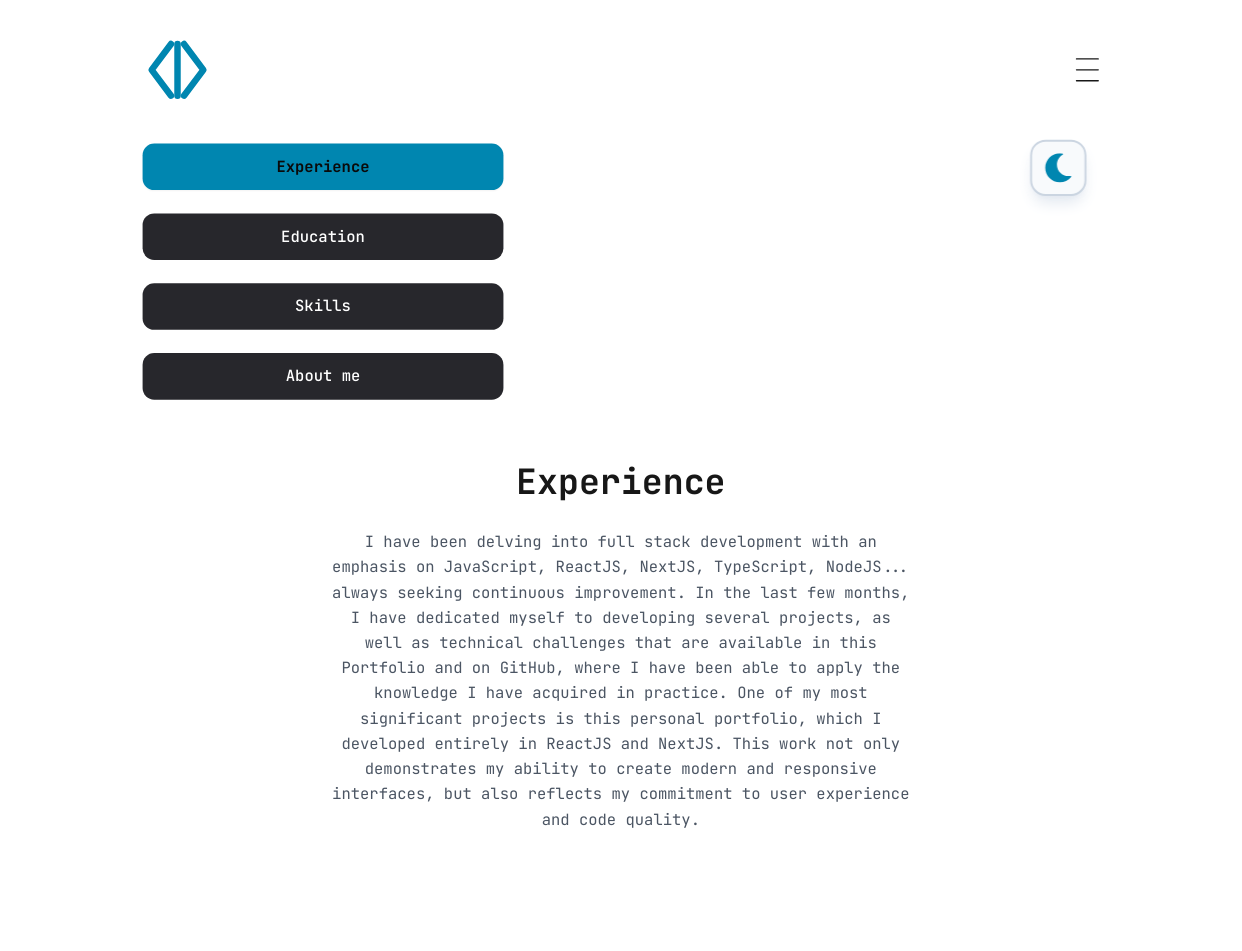
Repository: sergioscker/sergio-portfolio
Page: /resume
These files come from the project's save history. The page is drawn as it stood at one moment and after the next save; the edit follows.
The browser window is 1280 px wide. The pictures show the whole page, at 97% of full size.
The project was rebuilt for these pictures with package versions that can differ from the ones it lists, and the page was loaded fresh each time. The framework's server and built-in components were replaced by stand-ins that run in the browser. Also part of the build but not shown: next.config.mjs, components/ui/scroll-area.jsx, components/ui/tooltip.jsx.

Above is the page before, as saved 2025-04-29 15:32:13.

### app/layout.jsx
// fonts
import { JetBrains_Mono } from 'next/font/google';
import './globals.css';

//components
import PageTransition from '@/components/PageTransition';

// import StairTransition from '@/components/StairTransition';
import { Header } from '@/components/Header';
import ThemeSwitcher from '@/components/ThemeSwitcher';
import ThemeProviderWrapper from '@/components/ThemeProvider';
import ClientOnly from '@/components/ClientOnly';

// fonts style
const jetBrainsMono = JetBrains_Mono({
  subsets: ['latin'],
  variable: '--font-jetbrainsMono',
  weight: ['100', '200', '300', '400', '500', '600', '700', '800'],
  display: 'swap',
});

// SEO
export const metadata = {
  title: 'Sérgio Oliveira | Fullstack Developer',
  description:
    'Portfólio profissional de Sérgio Oliveira, desenvolvedor web fullstack especializado em JavaScript, React, Node.js, TypeScript e Next.js. Veja projetos de alta performance e design moderno.',
  keywords:
    'Sérgio Oliveira, portfolio desenvolvedor web, fullstack developer, frontend, JavaScript, React, Next.js, Node.js, TypeScript, projetos web',
  openGraph: {
    title: 'Portfólio | Sérgio Oliveira',
    description:
      'Explore os projetos desenvolvidos por Sérgio Oliveira: soluções modernas em React, Node.js, e mais.',

    url: 'https://sergioliveira-portfolio.vercel.app',
    type: 'website',
  },
  robots: {
    index: true,
    follow: true,
    nocache: false,
    googleBot: {
      index: true,
      follow: true,
    },
  },
};

export default function RootLayout({ children }) {
  return (
    <html lang="en">
      <head>
        <meta
          name="google-site-verification"
          content="S4CLoUW9Lhz9BwQGpCYQw1kK9LWIxFI2aWJaFR9xZfc"
        />
      </head>

      <body className={`${jetBrainsMono.variable}  antialiased`}>
        <ClientOnly>
          <ThemeProviderWrapper>
            <Header />

            <ThemeSwitcher />

            <PageTransition>{children}</PageTransition>
          </ThemeProviderWrapper>
        </ClientOnly>
      </body>
    </html>
  );
}

### app/resume/page.jsx
'use client';

import { motion } from 'framer-motion';
import Image from 'next/image';

// icons
import { SiStyledcomponents, SiSequelize, SiTailwindcss } from 'react-icons/si';
import { DiAws, DiMongodb, DiPostgresql } from 'react-icons/di';

import {
  TbBrandTypescript,
  TbBrandPrisma,
  TbBrandNextjs,
  TbBrandVite,
} from 'react-icons/tb';

import {
  FaHtml5,
  FaCss3,
  FaGit,
  FaReact,
  FaNodeJs,
  FaJs,
  FaFigma,
  FaDocker,
} from 'react-icons/fa';

// components
import { Tabs, TabsContent, TabsList, TabsTrigger } from '@/components/ui/tabs';

import { ScrollArea } from '@/components/ui/scroll-area';

import {
  Tooltip,
  TooltipContent,
  TooltipProvider,
  TooltipTrigger,
} from '@/components/ui/tooltip';

// experience data
const experience = {
  icon: '/assets/resume/badge.svg',
  title: 'Experience',
  description: `I have been delving into full stack development with an emphasis on JavaScript, ReactJS, NextJS, TypeScript, NodeJS... always seeking continuous improvement.

  In the last few months, I have dedicated myself to developing several projects, as well as technical challenges that are available in this Portfolio and on GitHub, where I have been able to apply the knowledge I have acquired in practice.

  One of my most significant projects is this personal portfolio, which I developed entirely in ReactJS and NextJS. This work not only demonstrates my ability to create modern and responsive interfaces, but also reflects my commitment to user experience and code quality.`,
};

// education data
const education = {
  title: 'Education',

  description:
    'Always seeking continuous improvement in software development and creation of digital products, graduating and developing practical projects. Focusing on modern technologies and agile methodologies to deliver efficient and innovative solutions.',

  items: [
    {
      company: 'Universidade Veiga de Almeida',
      degree: `Bachelor’s Degree in
      Systems Analysis and Development`,
      duration: 'In Progress',
    },
    {
      company: 'Dev Club Pro',
      degree: 'Certified FullStack Developer',
      duration: '2023 - 2024',
    },
    {
      company: 'Video Course',
      degree: 'Certified JavaScript Developer ',
      duration: '2024',
    },
  ],
};

// skills data
const skills = {
  title: 'Technologies and Tools',
  skillsList: [
    { icon: <FaHtml5 size={50} />, name: 'HTML5' },
    { icon: <FaReact size={50} />, name: 'ReactJS' },
    { icon: <FaJs size={50} />, name: 'JavaScript' },
    { icon: <FaCss3 size={50} />, name: 'Css3' },
    { icon: <FaGit size={50} />, name: 'Git' },
    { icon: <TbBrandVite size={50} />, name: 'Vite' },
    { icon: <TbBrandTypescript size={50} />, name: 'TypeScript' },
    { icon: <FaNodeJs size={50} />, name: 'NodeJS' },
    { icon: <FaFigma size={50} />, name: 'Figma' },
    { icon: <SiStyledcomponents size={50} />, name: 'Styled-components' },
    { icon: <SiTailwindcss size={50} />, name: 'TailwindCSS' },
    { icon: <FaDocker size={50} />, name: 'Docker' },
    { icon: <DiPostgresql size={50} />, name: 'PostgreSQL' },
    { icon: <DiMongodb size={50} />, name: 'MongoDB' },
    { icon: <TbBrandNextjs size={50} />, name: 'NextJS' },
    { icon: <TbBrandPrisma size={50} />, name: 'PrismaORM' },
    { icon: <SiSequelize size={50} />, name: 'SequelizeORM' },
    { icon: <DiAws size={50} />, name: 'AWS' },
  ],
};

// about data
const about = {
  title: 'About me',
  description: `
  I'm Sérgio Oliveira, a Full Stack Developer focused on building modern and responsive web applications.

  I'm currently studying Systems Analysis and Development, where I'm learning how to design scalable systems, work with relational and non-relational databases, and improve software architecture.

  My journey in tech began with a strong interest in logic and algorithms. Over time, I've grown by developing applications that solve real-world problems. In my portfolio, you’ll find projects built with ReactJS, NextJS, NodeJS, Tailwind CSS, PostgreSQL, and MongoDB — always with a focus on clean code, usability, and performance.

  I also have solid experience with HTML, CSS, and Styled-components, creating interfaces that are both functional and visually appealing.

  I'm constantly looking to improve. Every project I work on is a new opportunity to learn, face challenges, and grow. I enjoy collaborating in teams, sharing knowledge, and turning ideas into real, impactful solutions.

  Right now, I’m looking for an opportunity to join a team where I can grow professionally, contribute with my skills, and help build meaningful products.
  `,
};

const Resume = () => {
  return (
    <motion.div
      initial={{ opacity: 0 }}
      animate={{
        opacity: 1,
        transition: { delay: 0.2, duration: 0.4, ease: 'easeIn' },
      }}
      className="min-h-[80vh] flex items-center justify-center py-15 xl:py-5"
    >
      <div className="container mx-auto xl:mx-0">
        <Tabs
          defaultValue="experience"
          className="flex flex-col xl:flex-row gap-[60px]"
        >
          <TabsList className="flex flex-col w-full max-w-[380px] mx-auto lg:mx-0 gap-6">
            <TabsTrigger value="experience">Experience</TabsTrigger>
            <TabsTrigger value="education">Education</TabsTrigger>
            <TabsTrigger value="skills">Skills</TabsTrigger>
            <TabsTrigger value="about">About me</TabsTrigger>
          </TabsList>

          {/* content */}
          <div className="min-h-[70vh] w-full">
            {/* Experience */}
            <TabsContent value="experience" className="w-full px-4">
              <div className="flex flex-col gap-[30px] text-center">
                <h3 className="text-4xl font-bold">{experience.title}</h3>

                <p className="max-w-[600px] xl:text-left text-center mx-auto text-gray-600 dark:text-white/60 leading-relaxed">
                  {experience.description}
                </p>
              </div>
            </TabsContent>

            {/* Education */}
            <TabsContent value="education" className="w-full px-4">
              <div className="flex flex-col items-center gap-[30px] text-center lg:text-left">
                <h3 className="text-4xl font-bold">{education.title}</h3>

                <p className="font-medium dark:text-white/60 max-w-[600px]">
                  {education.description}
                </p>

                <ScrollArea className="h-[420px]">
                  <ul className="grid grid-cols-1 lg:grid-cols-2 gap-[30px]">
                    {education.items.map((item, index) => (
                      <li
                        key={index}
                        className="bg-[#232329] h-[190px] py-6 px-10 rounded-xl flex flex-col justify-center items-center lg:items-start gap-1"
                      >
                        <span className="text-accent flex justify-between w-full items-center font-medium mb-2">
                          {item.duration}

                          <Image
                            src="/assets/resume/cap.svg"
                            alt="education-icon"
                            width={25}
                            height={25}
                          />
                        </span>

                        <div className="flex flex-col items-center gap-3">
                          {/* dot */}
                          <h3 className="text-white xl:text-xl text-lg text-center lg:text-left max-w-[340px] min-h-[70px]">
                            {item.degree}
                          </h3>

                          <p className="xl:text-lg text-sm text-white/60 flex gap-4 items-center justify-center">
                            <span className="w-[8px] h-[8px] rounded-full bg-accent" />

                            {item.company}
                          </p>
                        </div>
                      </li>
                    ))}
                  </ul>
                </ScrollArea>
              </div>
            </TabsContent>

            {/* skills */}
            <TabsContent value="skills" className="w-full px-4">
              <div className="flex flex-col items-center justify-center gap-[30px]">
                <h3 className="text-4xl font-bold text-center xl:text-left">
                  {skills.title}
                </h3>

                <ul className="grid grid-cols-2 sm:grid-cols-3 xl:grid-cols-6 gap-4">
                  {skills.skillsList.map((skill, index) => {
                    return (
                      <li key={index}>
                        <TooltipProvider delayDuration={100}>
                          <Tooltip>
                            {/* icons */}
                            <TooltipTrigger className="flex justify-center items-center w-[150px] h-[150px] bg-[#232329] rounded-xl group text-accent">
                              <div
                                className="text-6xl group-hover:text-accent-hover transition-all duration-300"
                                aria-label="icons"
                              >
                                {skill.icon}
                              </div>
                            </TooltipTrigger>

                            {/* name */}
                            <TooltipContent>
                              <p>{skill.name}</p>
                            </TooltipContent>
                          </Tooltip>
                        </TooltipProvider>
                      </li>
                    );
                  })}
                </ul>
              </div>
            </TabsContent>

            {/* About */}
            <TabsContent value="about" className="w-full px-4">
              <div className="flex flex-col gap-6">
                <h3 className="text-4xl md:text-4xl font-bold text-center">
                  {about.title}
                </h3>

                <p
                  className="xl:text-left text-center mx-auto max-w-[700px] text-gray-600
                 dark:text-white/60 whitespace-pre-line leading-relaxed"
                >
                  {about.description}
                </p>
              </div>
            </TabsContent>
          </div>
        </Tabs>
      </div>
    </motion.div>
  );
};

export default Resume;

### app/globals.css
@tailwind base;
@tailwind components;
@tailwind utilities;

@layer base {
  body {
    @apply font-primary bg-white text-neutral-900 leading-loose;
    @apply dark:bg-primary dark:text-white leading-loose;
    font-family: var(--font-jetbrainsMono);
  }

  .h1 {
    @apply text-[48px] xl:text-[80px] leading-[1.1] font-semibold;
  }

  .h2 {
    @apply text-[36px] xl:text-[48px] leading-[1.1] font-semibold;
  }

  .h3 {
    @apply text-[20px] xl:text-[32px] leading-[1.1] font-semibold;
  }
}

/* Estilos personalizados */
.text-outline {
  -webkit-text-stroke: 1px #ffffff;
}

.text-outline-hover {
  -webkit-text-stroke: 1px #4a8fff;
}

### components/PageTransition.jsx
'use client';

import { AnimatePresence, motion } from 'framer-motion';
import { usePathname } from 'next/navigation';

const PageTransition = ({ children }) => {
  const pathname = usePathname();

  return (
    <AnimatePresence>
      <div key={pathname}>
        <motion.div
          initial={{ opacity: 1 }}
          animate={{
            opacity: 0,
            transition: { delay: 1, duration: 0.4, ease: 'easeInOut' },
          }}
          className="h-screen w-screen fixed bg-primary top-0 pointer-events-none"
        />
        {children}
      </div>
    </AnimatePresence>
  );
};

export default PageTransition;

### components/Header.jsx
import Link from 'next/link';
import { Button } from './ui/button';

//components
import Nav from './Nav';
import MobileNav from './MobileNav';
import Image from 'next/image';

export const Header = () => {
  return (
    <header className="py-8 xl:py-14 dark:text-white">
      <div className="container mx-auto flex justify-between items-center ">
        {/* logo */}
        <Link href="/">
          <Image
            src="/assets/icon.svg"
            alt="icon"
            priority
            quality={100}
            width={80}
            height={80}
            className="object-contain"
            draggable="false"
          />
        </Link>

        {/* desktop nav & hire me button */}
        <div className="hidden xl:flex items-center gap-8">
          <Nav />
          <Link href="/contact">
            <Button>Hire me</Button>
          </Link>
        </div>

        {/* mobile nav */}
        <div className="xl:hidden">
          <MobileNav />
        </div>
      </div>
    </header>
  );
};

### components/ThemeSwitcher.jsx
'use client';

import { useTheme } from 'next-themes';
import { FaSun, FaMoon } from 'react-icons/fa';

export default function ThemeSwitcher() {
  const { theme, setTheme } = useTheme();

  return (
    <button
      className="dark:bg-neutral-900 bg-slate-50 hover:text-accent-hover text-accent fixed right-3
    lg:right-40 top-[6.1rem] md:top-36 p-3 border-2 hover:border-slate-400 border-slate-300
     dark:border-neutral-800 dark:hover:border-neutral-500
     rounded-2xl shadow-lg dark:shadow-black shadow-slate-200
     transition delay-100 ease-linear z-40"
      onClick={() => setTheme(theme === 'dark' ? 'light' : 'dark')}
    >
      {theme === 'dark' ? <FaSun size={30} /> : <FaMoon size={30} />}
    </button>
  );
}

### components/ThemeProvider.jsx
'use client';

import { ThemeProvider } from 'next-themes';

export default function ThemeProviderWrapper({ children }) {
  return <ThemeProvider attribute="class">{children}</ThemeProvider>;
}

### components/ClientOnly.jsx
'use client';

import { useEffect, useState } from 'react';

export default function ClientOnly({ children }) {
  const [hasMounted, setHasMounted] = useState(false);

  useEffect(() => {
    setHasMounted(true);
  }, []);

  if (!hasMounted) {
    return null;
  }

  return <>{children}</>;
}

### components/ui/tabs.jsx
'use client';

import * as React from 'react';
import * as TabsPrimitive from '@radix-ui/react-tabs';

import { cn } from '@/lib/utils';

const Tabs = TabsPrimitive.Root;

const TabsList = React.forwardRef(({ className, ...props }, ref) => (
  <TabsPrimitive.List
    ref={ref}
    className={cn('inline-flex h-auto rounded-md p-1 text-primary', className)}
    {...props}
  />
));
TabsList.displayName = TabsPrimitive.List.displayName;

const TabsTrigger = React.forwardRef(({ className, ...props }, ref) => (
  <TabsPrimitive.Trigger
    ref={ref}
    className={cn(
      'inline-flex items-center w-full bg-[#27272c] justify-center whitespace-nowrap text-white rounded-xl p-3 text-base font-medium ring-offset-white transition-all disabled:pointer-events-none disabled:opacity-50 data-[state=active]:bg-accent data-[state=active]:text-primary data-[state=active]:font-bold data-[state=active]:shadow-sm',
      className,
    )}
    {...props}
  />
));
TabsTrigger.displayName = TabsPrimitive.Trigger.displayName;

const TabsContent = React.forwardRef(({ className, ...props }, ref) => (
  <TabsPrimitive.Content
    ref={ref}
    className={cn(
      'min-h-[480px] ring-offset-white focus-visible:outline-none focus-visible:ring-2 focus-visible:ring-slate-950 focus-visible:ring-offset-2 dark:ring-offset-slate-950 dark:focus-visible:ring-slate-300',
      className,
    )}
    {...props}
  />
));
TabsContent.displayName = TabsPrimitive.Content.displayName;

export { Tabs, TabsList, TabsTrigger, TabsContent };

### components/ui/button.jsx
import * as React from 'react';
import { Slot } from '@radix-ui/react-slot';
import { cva } from 'class-variance-authority';

import { cn } from '@/lib/utils';

const buttonVariants = cva(
  `inline-flex items-center justify-center whitespace-nowrap rounded-full text-base
  font-semibold ring-offset-white transition-colors`,

  {
    variants: {
      variant: {
        default: 'bg-accent text-primary hover:bg-accent-hover ',
        primary: 'bg-primary text-white',
        outline:
          'border border-accent bg-transparent text-accent hover:bg-accent hover:text-primary',
      },
      size: {
        default: 'h-[44px] px-6',
        md: 'h-[48px] px-6',
        lg: 'h-[56px] px-8 text-sm uppercase tracking-[2px]',
      },
    },
    defaultVariants: {
      variant: 'default',
      size: 'default',
    },
  },
);

const Button = React.forwardRef(
  ({ className, variant, size, asChild = false, ...props }, ref) => {
    const Comp = asChild ? Slot : 'button';
    return (
      <Comp
        className={cn(buttonVariants({ variant, size, className }))}
        ref={ref}
        {...props}
      />
    );
  },
);
Button.displayName = 'Button';

export { Button, buttonVariants };

### components/Nav.jsx
'use client';

import Link from 'next/link';
import { usePathname } from 'next/navigation';

const links = [
  {
    name: 'home',
    path: '/',
  },
  {
    name: 'services',
    path: '/services',
  },
  {
    name: 'resume',
    path: '/resume',
  },
  {
    name: 'work',
    path: '/work',
  },
  {
    name: 'contact',
    path: '/contact',
  },
];

const Nav = () => {
  const pathname = usePathname();

  return (
    <nav className="flex gap-8">
      {links.map((link, index) => {
        return (
          <Link
            href={link.path}
            key={index}
            className={`${
              link.path === pathname && 'text-accent border-b-2 border-accent'
            } capitalize font-medium hover:text-accent-hover transition-all`}
          >
            {link.name}
          </Link>
        );
      })}
    </nav>
  );
};

export default Nav;

### components/MobileNav.jsx
'use client';

import { useState } from 'react';

import Link from 'next/link';

import {
  Sheet,
  SheetContent,
  SheetTitle,
  SheetTrigger,
} from '@/components/ui/sheet';

import { usePathname } from 'next/navigation';

import { CiMenuBurger } from 'react-icons/ci';

import { VisuallyHidden } from '@reach/visually-hidden';

import Image from 'next/image';

const links = [
  { name: 'home', path: '/' },
  { name: 'services', path: '/services' },
  { name: 'resume', path: '/resume' },
  { name: 'work', path: '/work' },
  { name: 'contact', path: '/contact' },
];

const MobileNav = () => {
  const pathname = usePathname();

  const [isOpen, setIsOpen] = useState(false);

  return (
    <Sheet open={isOpen} onOpenChange={setIsOpen}>
      <SheetTrigger
        className="flex justify-center items-center"
        onClick={() => setIsOpen(!isOpen)}
      >
        <CiMenuBurger className="text-[32px] dark:text-accent" />
      </SheetTrigger>

      <SheetContent aria-describedby="dialog-title">
        {/* Title hidden for accessibility */}
        <SheetTitle id="dialog-title">
          <VisuallyHidden>Navigation Menu</VisuallyHidden>
        </SheetTitle>

        {/* logo */}
        <div className="flex items-center justify-center mt-28 pb-5">
          <Link href="/">
            <Image
              src="/assets/icon.svg"
              alt="icon"
              priority
              quality={100}
              width={80}
              height={80}
              className="object-contain"
              draggable="false"
            />
          </Link>
        </div>

        {/* nav */}
        <nav className="flex flex-col justify-center items-center gap-6 mt-10">
          {links.map((link, index) => {
            return (
              <Link
                href={link.path}
                key={index}
                onClick={() => setIsOpen(false)}
                className={`${
                  link.path === pathname &&
                  'text-accent border-b-2 border-accent'
                } text-xl capitalize hover:text-accent-hover transition-all`}
              >
                {link.name}
              </Link>
            );
          })}
        </nav>
      </SheetContent>
    </Sheet>
  );
};

export default MobileNav;

Loaded but not shown: lib/utils.js (common file); tailwind.config.js (40 lines, source omitted); components/ui/sheet.jsx (122 lines, source omitted)

After the next save:
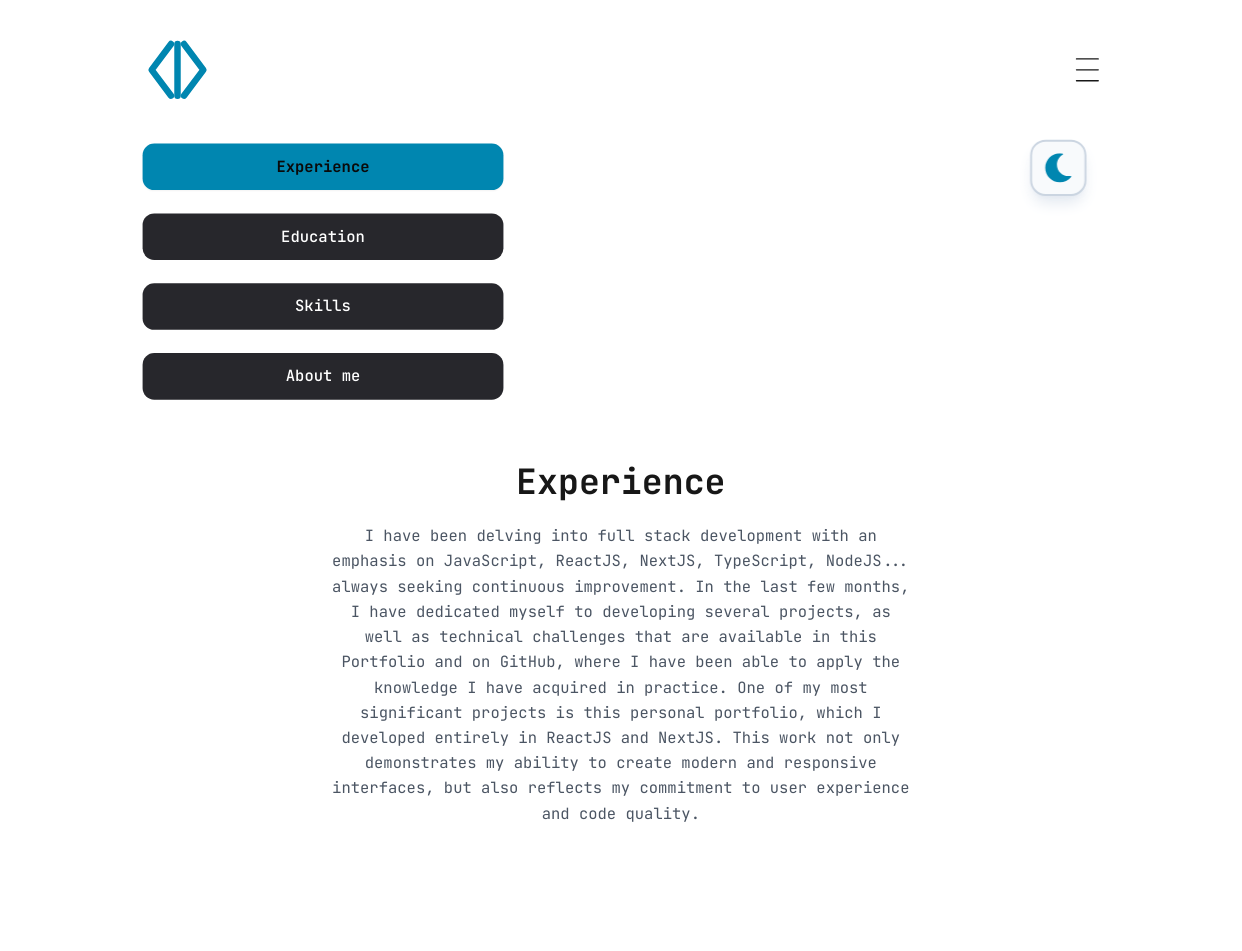
Saved 23 s later.
--- a/app/resume/page.jsx
+++ b/app/resume/page.jsx
@@ -144,7 +144,7 @@ const Resume = () => {
           <div className="min-h-[70vh] w-full">
             {/* Experience */}
             <TabsContent value="experience" className="w-full px-4">
-              <div className="flex flex-col gap-[30px] text-center">
+              <div className="flex flex-col gap-6 text-center">
                 <h3 className="text-4xl font-bold">{experience.title}</h3>
 
                 <p className="max-w-[600px] xl:text-left text-center mx-auto text-gray-600 dark:text-white/60 leading-relaxed">
